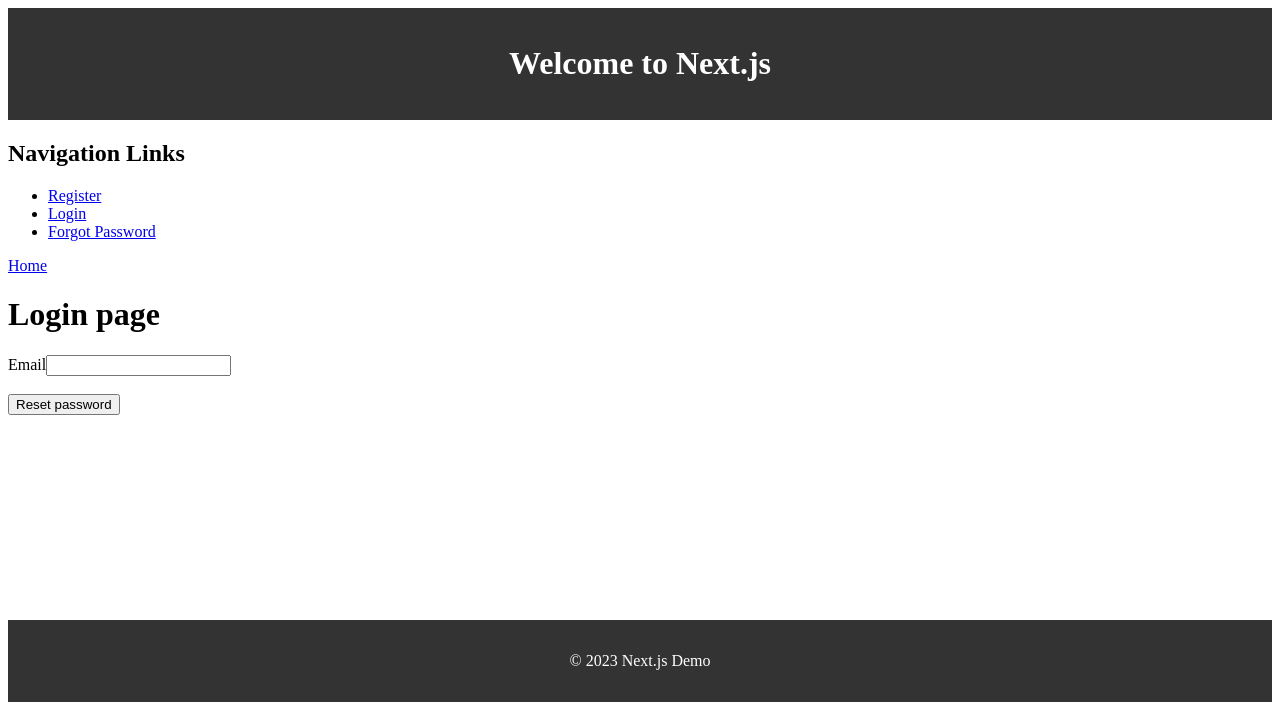
Repository: JasonMorta/NextJs-13_Basics
Page: /forgot-password (app in NEXTJS15/next13-demo/)
These files come from the project's save history. The page is drawn as it stood at one moment and after the next save; the edit follows.
The browser window is 1280 px wide. The pictures show the whole page.
The project was rebuilt for these pictures with package versions that can differ from the ones it lists, and the page was loaded fresh each time. The framework's server and built-in components were replaced by stand-ins that run in the browser. Also part of the build but not shown: NEXTJS15/next13-demo/next.config.ts.

Above is the page before, as saved 2025-02-28 14:02:38.

After the next save:
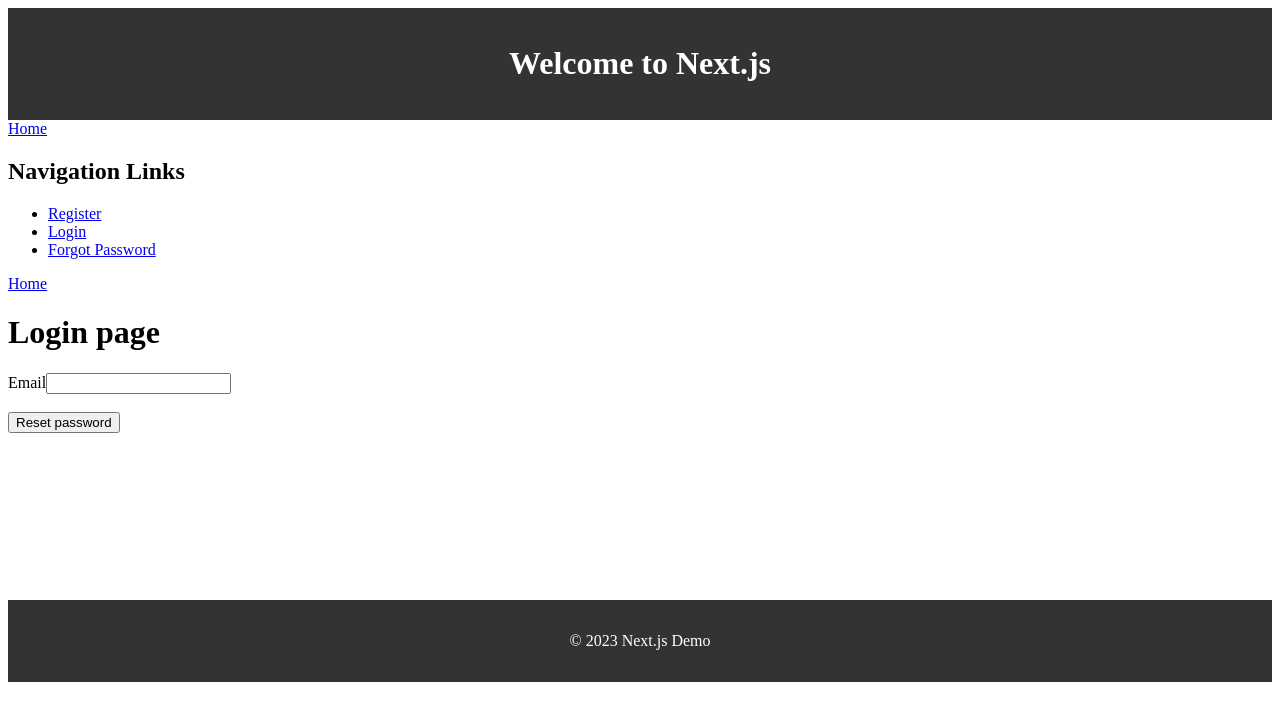
Saved 14 s later.
--- a/NEXTJS15/next13-demo/src/app/(auth)/layout.tsx
+++ b/NEXTJS15/next13-demo/src/app/(auth)/layout.tsx
@@ -13,6 +13,7 @@
    ]
   return (
     <>
+    <Link href="/">Home</Link><br />
       <h2>Navigation Links</h2>
       <ul>
         {navLinks.map((link, index) => (
